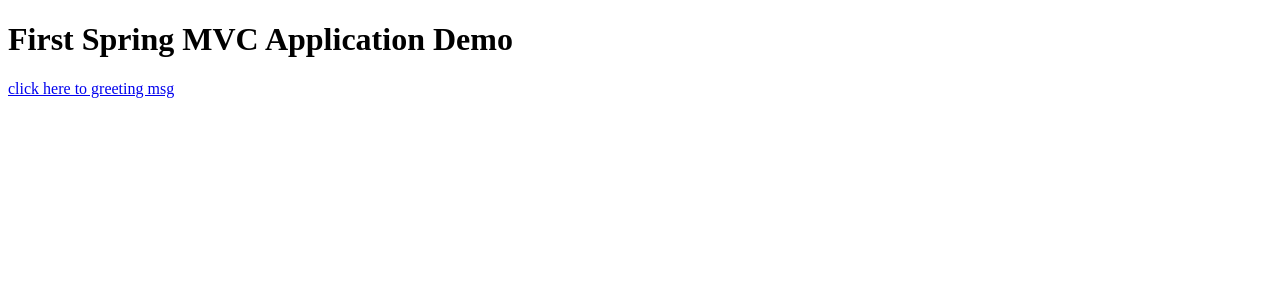
Repository: anujsachan89/Spring-MVC
Page: http://localhost/SpringMVC2/
An editor plug-in stored every save of this project. The page is shown before and after the next save, followed by the edit.
The browser window is 1280 px wide. The pictures show the whole page.
The page is served by Tomcat 9. Other server files are loaded and not shown.

Above is the page before, as saved 2017-02-03 04:38:48.

### Spring-MVC workspace/SpringMVC2/src/main/webapp/index.jsp
<%@ page language="java" contentType="text/html; charset=UTF-8"
    pageEncoding="UTF-8"%>
<!DOCTYPE html PUBLIC "-//W3C//DTD HTML 4.01 Transitional//EN" "http://www.w3.org/TR/html4/loose.dtd">
<html>
<body>
	<h1>First Spring MVC Application Demo</h1>
	<h2>${msg}</h2>
	<a href="welcome">click here to greeting msg</a>
</body>
</html>

After the next save:
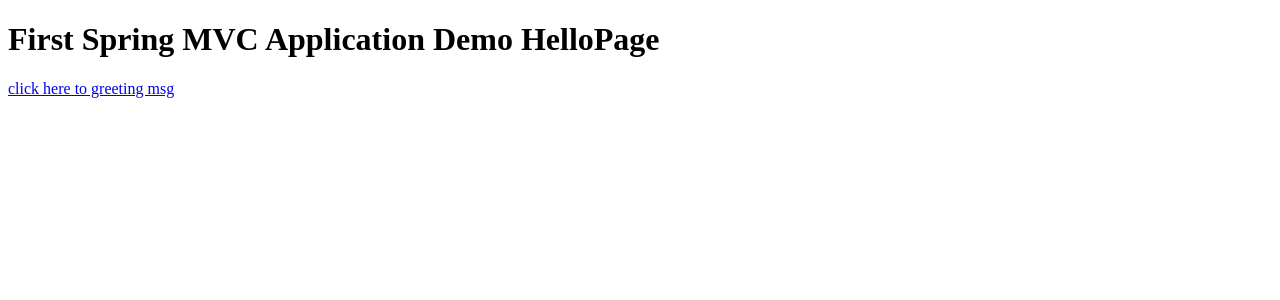
Saved 73 min 14 s later.
--- a/Spring-MVC workspace/SpringMVC2/src/main/webapp/index.jsp
+++ b/Spring-MVC workspace/SpringMVC2/src/main/webapp/index.jsp
@@ -3,7 +3,7 @@
 <!DOCTYPE html PUBLIC "-//W3C//DTD HTML 4.01 Transitional//EN" "http://www.w3.org/TR/html4/loose.dtd">
 <html>
 <body>
-	<h1>First Spring MVC Application Demo</h1>
+	<h1>First Spring MVC Application Demo HelloPage</h1>
 	<h2>${msg}</h2>
 	<a href="welcome">click here to greeting msg</a>
 </body>
